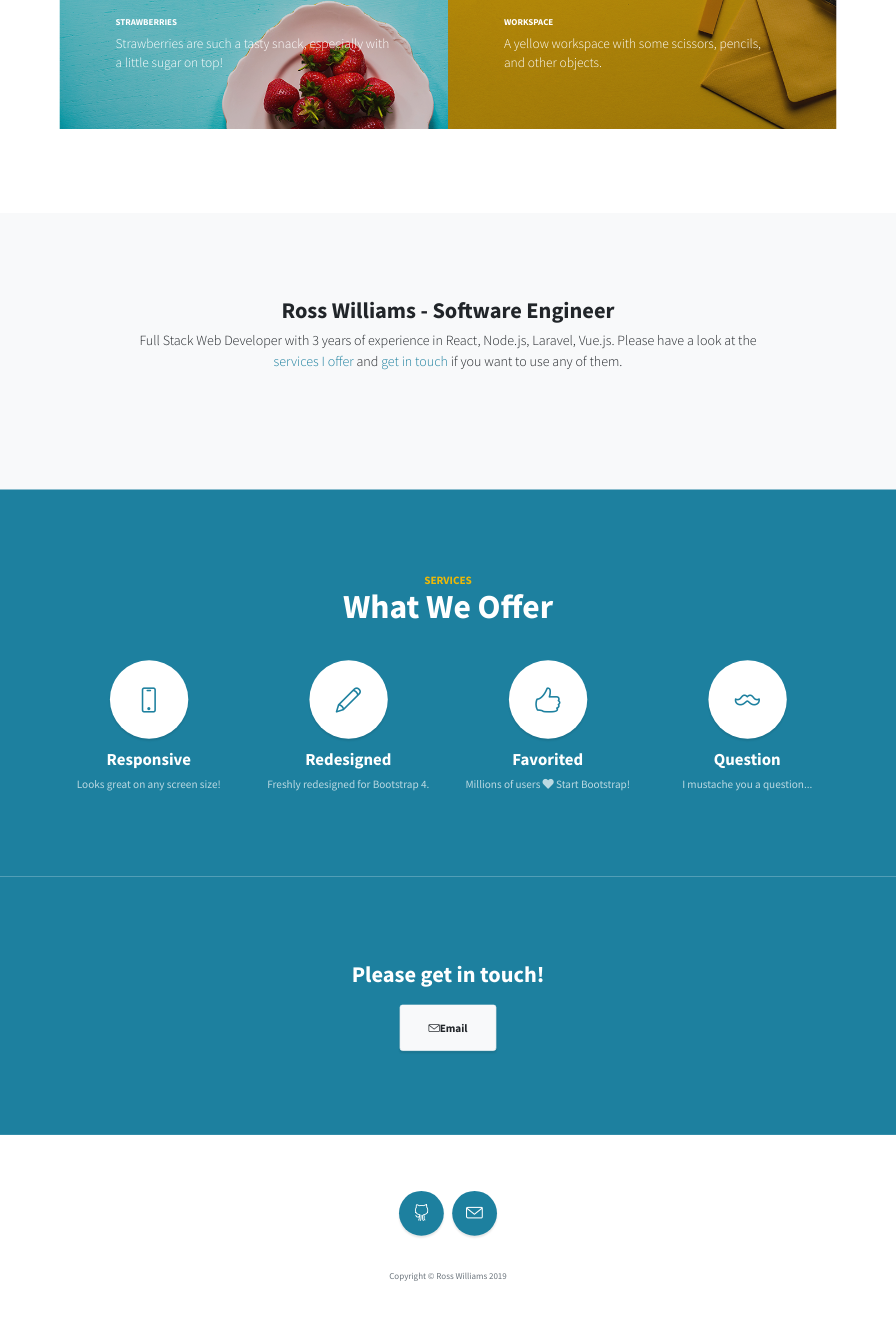
Repository: Williams94/Williams94.github.io
Page: index.html
An editor plug-in stored every save of this project. The page is shown before and after the next save, followed by the edit.
The browser window is 1280 px wide. The pictures show the part of the page from y = 1576 to 3496 px (the page is 3488 px tall before and 3496 px after), at 70% of full size.
A picture or video elsewhere on the page could not be fetched, so the positions and the page height are approximate.

Above is the page before, as saved 2019-07-06 13:57:42.

### index.html
<!DOCTYPE html>
<html lang="en">

<head>

  <meta charset="utf-8">
  <meta name="viewport" content="width=device-width, initial-scale=1, shrink-to-fit=no">
  <meta name="description" content="">
  <meta name="author" content="">

  <title>Stylish Portfolio - Start Bootstrap Template</title>

  <!-- Bootstrap Core CSS -->
  <link href="vendor/bootstrap/css/bootstrap.min.css" rel="stylesheet">

  <!-- Custom Fonts -->
  <link href="vendor/fontawesome-free/css/all.min.css" rel="stylesheet" type="text/css">
  <link href="https://fonts.googleapis.com/css?family=Source+Sans+Pro:300,400,700,300italic,400italic,700italic"
    rel="stylesheet" type="text/css">
  <link href="vendor/simple-line-icons/css/simple-line-icons.css" rel="stylesheet">

  <!-- Custom CSS -->
  <link href="css/stylish-portfolio.css" rel="stylesheet">
  <link href="css/custom.css" rel="stylesheet">
  <!-- <link href="css/new-age.min.css" rel="stylesheet"> -->

</head>

<body id="page-top">

  <!-- Navigation -->
  <nav class="navbar navbar-expand-lg navbar-light fixed-top" id="mainNav">
    <div class="container">
      <a class="navbar-brand js-scroll-trigger" href="#page-top">Ross Williams</a>
      <button class="navbar-toggler navbar-toggler-right" type="button" data-toggle="collapse"
        data-target="#navbarResponsive" aria-controls="navbarResponsive" aria-expanded="false"
        aria-label="Toggle navigation">
        Menu
        <i class="fas fa-bars"></i>
      </button>
      <div class="collapse navbar-collapse" id="navbarResponsive">
        <ul class="navbar-nav ml-auto">
          <li class="nav-item">
            <a class="nav-link js-scroll-trigger" href="#about">About</a>
          </li>
          <li class="nav-item">
            <a class="nav-link js-scroll-trigger" href="#portfolio">Portfolio</a>
          </li>
          <li class="nav-item">
            <a class="nav-link js-scroll-trigger" href="#services">Services</a>
          </li>
          <li class="nav-item">
            <a class="nav-link js-scroll-trigger" href="#contact">Contact</a>
          </li>
        </ul>
      </div>
    </div>
  </nav>

  <!-- Header -->
  <header class="masthead">
    <div class="container h-100">
      <div class="row h-100">
        <div class="col-lg-7 my-auto">
          <div class="header-content mx-auto">
            <h1 class="mb-5">Welcome, please take a look at my previous projects and the services I offer.</h1>
          </div>
        </div>
        <div class="col-lg-5 my-auto">
          <div class="device-container">
            <div class="device-mockup iphone6_plus portrait white">
              <div class="device">
                <div class="screen">
                  <!-- Demo image for screen mockup, you can put an image here, some HTML, an animation, video, or anything else! -->
                  <img src="img/demo-screen-1.jpg" class="img-fluid" alt="">
                </div>
                <div class="button">
                  <!-- You can hook the "home button" to some JavaScript events or just remove it -->
                </div>
              </div>
            </div>
          </div>
        </div>
      </div>
    </div>
  </header>

  <!-- Portfolio -->
  <section class="content-section" id="portfolio">
    <div class="container">
      <div class="content-section-heading text-center">
        <h3 class="text-secondary mb-0">Portfolio</h3>
        <h2 class="mb-5">Recent Projects</h2>
      </div>
      <div class="row no-gutters">
        <div class="col-lg-6">
          <a class="portfolio-item" href="#">
            <span class="caption">
              <span class="caption-content">
                <h2>Stationary</h2>
                <p class="mb-0">A yellow pencil with envelopes on a clean, blue backdrop!</p>
              </span>
            </span>
            <img class="img-fluid" src="img/portfolio-1.jpg" alt="">
          </a>
        </div>
        <div class="col-lg-6">
          <a class="portfolio-item" href="#">
            <span class="caption">
              <span class="caption-content">
                <h2>Ice Cream</h2>
                <p class="mb-0">A dark blue background with a colored pencil, a clip, and a tiny ice cream cone!</p>
              </span>
            </span>
            <img class="img-fluid" src="img/portfolio-2.jpg" alt="">
          </a>
        </div>
        <div class="col-lg-6">
          <a class="portfolio-item" href="#">
            <span class="caption">
              <span class="caption-content">
                <h2>Strawberries</h2>
                <p class="mb-0">Strawberries are such a tasty snack, especially with a little sugar on top!</p>
              </span>
            </span>
            <img class="img-fluid" src="img/portfolio-3.jpg" alt="">
          </a>
        </div>
        <div class="col-lg-6">
          <a class="portfolio-item" href="#">
            <span class="caption">
              <span class="caption-content">
                <h2>Workspace</h2>
                <p class="mb-0">A yellow workspace with some scissors, pencils, and other objects.</p>
              </span>
            </span>
            <img class="img-fluid" src="img/portfolio-4.jpg" alt="">
          </a>
        </div>
      </div>
    </div>
  </section>

  <!-- About -->
  <section class="content-section bg-light" id="about">
    <div class="container text-center">
      <div class="row">
        <div class="col-lg-10 mx-auto">
          <h2>Ross Williams - Software Engineer</h2>
          <p class="lead mb-5">Full Stack Web Developer with 3 years of experience in React, Node.js, Laravel, Vue.js.
            Please have a look at the <a href="#services">services I offer</a> and <a href="#contact">get in touch</a>
            if you want to use any of them.
          </p>
        </div>
      </div>
    </div>
  </section>

  <!-- Services -->
  <section class="content-section bg-primary text-white text-center" id="services">
    <div class="container">
      <div class="content-section-heading">
        <h3 class="text-secondary mb-0">Services</h3>
        <h2 class="mb-5">What We Offer</h2>
      </div>
      <div class="row">
        <div class="col-lg-3 col-md-6 mb-5 mb-lg-0">
          <span class="service-icon rounded-circle mx-auto mb-3">
            <i class="icon-screen-smartphone"></i>
          </span>
          <h4>
            <strong>Responsive</strong>
          </h4>
          <p class="text-faded mb-0">Looks great on any screen size!</p>
        </div>
        <div class="col-lg-3 col-md-6 mb-5 mb-lg-0">
          <span class="service-icon rounded-circle mx-auto mb-3">
            <i class="icon-pencil"></i>
          </span>
          <h4>
            <strong>Redesigned</strong>
          </h4>
          <p class="text-faded mb-0">Freshly redesigned for Bootstrap 4.</p>
        </div>
        <div class="col-lg-3 col-md-6 mb-5 mb-md-0">
          <span class="service-icon rounded-circle mx-auto mb-3">
            <i class="icon-like"></i>
          </span>
          <h4>
            <strong>Favorited</strong>
          </h4>
          <p class="text-faded mb-0">Millions of users
            <i class="fas fa-heart"></i>
            Start Bootstrap!</p>
        </div>
        <div class="col-lg-3 col-md-6">
          <span class="service-icon rounded-circle mx-auto mb-3">
            <i class="icon-mustache"></i>
          </span>
          <h4>
            <strong>Question</strong>
          </h4>
          <p class="text-faded mb-0">I mustache you a question...</p>
        </div>
      </div>
    </div>
  </section>

  <!-- Call to Action -->
  <section class="content-section bg-primary text-white">
    <div class="container text-center">
      <h2 class="mb-4">Please get in touch!</h2>
      <a href="mailto:r.b.williams94@gmail.com" class="btn btn-xl btn-light">
        <div class="email-me-button-container">
          <i class="icon-envelope"></i>Email
        </div>
      </a>
    </div>
  </section>

  <!-- Map -->
  <!-- <section id="contact" class="map">
    <iframe width="100%" height="100%" frameborder="0" scrolling="no" marginheight="0" marginwidth="0"
      src="https://maps.google.com/maps?f=q&amp;source=s_q&amp;hl=en&amp;geocode=&amp;q=Twitter,+Inc.,+Market+Street,+San+Francisco,+CA&amp;aq=0&amp;oq=twitter&amp;sll=28.659344,-81.187888&amp;sspn=0.128789,0.264187&amp;ie=UTF8&amp;hq=Twitter,+Inc.,+Market+Street,+San+Francisco,+CA&amp;t=m&amp;z=15&amp;iwloc=A&amp;output=embed"></iframe>
    <br />
    <small>
      <a
        href="https://maps.google.com/maps?f=q&amp;source=embed&amp;hl=en&amp;geocode=&amp;q=Twitter,+Inc.,+Market+Street,+San+Francisco,+CA&amp;aq=0&amp;oq=twitter&amp;sll=28.659344,-81.187888&amp;sspn=0.128789,0.264187&amp;ie=UTF8&amp;hq=Twitter,+Inc.,+Market+Street,+San+Francisco,+CA&amp;t=m&amp;z=15&amp;iwloc=A"></a>
    </small>
  </section> -->

  <!-- Footer -->
  <footer class="footer text-center">
    <div class="container">
      <ul class="list-inline mb-5">
        <li class="list-inline-item">
          <a class="social-link rounded-circle text-white" href="https://github.com/Williams94">
            <i class="icon-social-github"></i>
          </a>
        </li>
        <li class="list-inline-item">
            <a class="social-link rounded-circle text-white" href="mailto:r.b.williams94@gmail.com">
              <i class="icon-envelope"></i>
            </a>
          </li>
      </ul>
      <p class="text-muted small mb-0">Copyright &copy; Ross Williams 2019</p>
    </div>
  </footer>

  <!-- Scroll to Top Button-->
  <a class="scroll-to-top rounded js-scroll-trigger" href="#page-top">
    <i class="fas fa-angle-up"></i>
  </a>

  <!-- Bootstrap core JavaScript -->
  <script src="vendor/jquery/jquery.min.js"></script>
  <script src="vendor/bootstrap/js/bootstrap.bundle.min.js"></script>

  <!-- Plugin JavaScript -->
  <script src="vendor/jquery-easing/jquery.easing.min.js"></script>

  <!-- Custom scripts for this template -->
  <script src="js/stylish-portfolio.min.js"></script>

</body>

</html>

### css/stylish-portfolio.css
/*!
 * Start Bootstrap - Stylish Portfolio v5.0.6 (https://startbootstrap.com/template-overviews/stylish-portfolio)
 * Copyright 2013-2019 Start Bootstrap
 * Licensed under MIT (https://github.com/BlackrockDigital/startbootstrap-stylish-portfolio/blob/master/LICENSE)
 */

body,
html {
  width: 100%;
  height: 100%;
}

body {
  font-family: "Source Sans Pro";
}

.btn-xl {
  padding: 1.25rem 2.5rem;
}

.content-section {
  padding-top: 7.5rem;
  padding-bottom: 7.5rem;
}

.content-section-heading h2 {
  font-size: 3rem;
}

.content-section-heading h3 {
  font-size: 1rem;
  text-transform: uppercase;
}

h1,
h2,
h3,
h4,
h5,
h6 {
  font-weight: 700;
}

.text-faded {
  color: rgba(255, 255, 255, 0.7);
}

/* Map */
.map {
  height: 30rem;
}

@media (max-width: 992px) {
  .map {
    height: 75%;
  }
}

.map iframe {
  pointer-events: none;
}

.scroll-to-top {
  position: fixed;
  right: 15px;
  bottom: 15px;
  display: none;
  width: 50px;
  height: 50px;
  text-align: center;
  color: white;
  background: rgba(52, 58, 64, 0.5);
  line-height: 45px;
}

.scroll-to-top:focus,
.scroll-to-top:hover {
  color: white;
}

.scroll-to-top:hover {
  background: #343a40;
}

.scroll-to-top i {
  font-weight: 800;
}

.masthead {
  min-height: 30rem;
  position: relative;
  display: table;
  width: 100%;
  height: auto;
  padding-top: 8rem;
  padding-bottom: 8rem;
  background: -webkit-gradient(
      linear,
      left top,
      right top,
      from(rgba(255, 255, 255, 0.1)),
      to(rgba(255, 255, 255, 0.1))
    ),
    url("../img/bg-masthead.jpg");
  background: linear-gradient(
      90deg,
      rgba(255, 255, 255, 0.1) 0%,
      rgba(255, 255, 255, 0.1) 100%
    ),
    url("../img/bg-masthead.jpg");
  background-position: center center;
  background-repeat: no-repeat;
  background-size: cover;
}

.masthead h1 {
  font-size: 4rem;
  margin: 0;
  padding: 0;
}

@media (min-width: 992px) {
  .masthead {
    height: 100vh;
  }
  .masthead h1 {
    font-size: 5.5rem;
  }
}

/* Side Menu */
#sidebar-wrapper {
  position: fixed;
  z-index: 2;
  right: 0;
  width: 250px;
  height: 100%;
  -webkit-transition: all 0.4s ease 0s;
  transition: all 0.4s ease 0s;
  -webkit-transform: translateX(250px);
  transform: translateX(250px);
  background: #1d809f;
  border-left: 1px solid rgba(255, 255, 255, 0.1);
}

.sidebar-nav {
  position: absolute;
  top: 0;
  width: 250px;
  margin: 0;
  padding: 0;
  list-style: none;
}

.sidebar-nav li.sidebar-nav-item a {
  display: block;
  text-decoration: none;
  color: #fff;
  padding: 15px;
}

.sidebar-nav li a:hover {
  text-decoration: none;
  color: #fff;
  background: rgba(255, 255, 255, 0.2);
}

.sidebar-nav li a:active,
.sidebar-nav li a:focus {
  text-decoration: none;
}

.sidebar-nav > .sidebar-brand {
  font-size: 1.2rem;
  background: rgba(52, 58, 64, 0.1);
  height: 80px;
  line-height: 50px;
  padding-top: 15px;
  padding-bottom: 15px;
  padding-left: 15px;
}

.sidebar-nav > .sidebar-brand a {
  color: #fff;
}

.sidebar-nav > .sidebar-brand a:hover {
  color: #fff;
  background: none;
}

#sidebar-wrapper.active {
  right: 250px;
  width: 250px;
  -webkit-transition: all 0.4s ease 0s;
  transition: all 0.4s ease 0s;
}

.menu-toggle {
  position: fixed;
  right: 15px;
  top: 15px;
  width: 50px;
  height: 50px;
  text-align: center;
  color: #fff;
  background: rgba(52, 58, 64, 0.5);
  line-height: 50px;
  z-index: 999;
}

.menu-toggle:focus,
.menu-toggle:hover {
  color: #fff;
}

.menu-toggle:hover {
  background: #343a40;
}

.service-icon {
  background-color: #fff;
  color: #1d809f;
  height: 7rem;
  width: 7rem;
  display: block;
  line-height: 7.5rem;
  font-size: 2.25rem;
  -webkit-box-shadow: 0 3px 3px 0 rgba(0, 0, 0, 0.1);
  box-shadow: 0 3px 3px 0 rgba(0, 0, 0, 0.1);
}

.callout {
  padding: 15rem 0;
  background: -webkit-gradient(
      linear,
      left top,
      right top,
      from(rgba(255, 255, 255, 0.1)),
      to(rgba(255, 255, 255, 0.1))
    ),
    url("../img/bg-callout.jpg");
  background: linear-gradient(
      90deg,
      rgba(255, 255, 255, 0.1) 0%,
      rgba(255, 255, 255, 0.1) 100%
    ),
    url("../img/bg-callout.jpg");
  background-position: center center;
  background-repeat: no-repeat;
  background-size: cover;
}

.callout h2 {
  font-size: 3.5rem;
  font-weight: 700;
  display: block;
  max-width: 30rem;
}

.portfolio-item {
  display: block;
  position: relative;
  overflow: hidden;
  max-width: 530px;
  margin: auto auto 1rem;
}

.portfolio-item .caption {
  display: -webkit-box;
  display: -ms-flexbox;
  display: flex;
  height: 100%;
  width: 100%;
  background-color: rgba(33, 37, 41, 0.2);
  position: absolute;
  top: 0;
  bottom: 0;
  z-index: 1;
}

.portfolio-item .caption .caption-content {
  color: #fff;
  margin: auto 2rem 2rem;
}

.portfolio-item .caption .caption-content h2 {
  font-size: 0.8rem;
  text-transform: uppercase;
}

.portfolio-item .caption .caption-content p {
  font-weight: 300;
  font-size: 1.2rem;
}

@media (min-width: 992px) {
  .portfolio-item {
    max-width: none;
    margin: 0;
  }
  .portfolio-item .caption {
    -webkit-transition: -webkit-clip-path 0.25s ease-out, background-color 0.7s;
    -webkit-clip-path: inset(0px);
    clip-path: inset(0px);
  }
  .portfolio-item .caption .caption-content {
    -webkit-transition: opacity 0.25s;
    transition: opacity 0.25s;
    margin-left: 5rem;
    margin-right: 5rem;
    margin-bottom: 5rem;
  }
  .portfolio-item img {
    -webkit-transition: -webkit-clip-path 0.25s ease-out;
    -webkit-clip-path: inset(-1px);
    clip-path: inset(-1px);
  }
  .portfolio-item:hover img {
    -webkit-clip-path: inset(2rem);
    clip-path: inset(2rem);
  }
  .portfolio-item:hover .caption {
    background-color: rgba(29, 128, 159, 0.9);
    -webkit-clip-path: inset(2rem);
    clip-path: inset(2rem);
  }
}

footer.footer {
  padding-top: 5rem;
  padding-bottom: 5rem;
}

footer.footer .social-link {
  display: block;
  height: 4rem;
  width: 4rem;
  line-height: 4.3rem;
  font-size: 1.5rem;
  background-color: #1d809f;
  -webkit-transition: background-color 0.15s ease-in-out;
  transition: background-color 0.15s ease-in-out;
  -webkit-box-shadow: 0 3px 3px 0 rgba(0, 0, 0, 0.1);
  box-shadow: 0 3px 3px 0 rgba(0, 0, 0, 0.1);
}

footer.footer .social-link:hover {
  background-color: #155d74;
  text-decoration: none;
}

a {
  color: #1d809f;
}

a:hover,
a:focus,
a:active {
  color: #155d74;
}

.btn-primary {
  background-color: #1d809f !important;
  border-color: #1d809f !important;
  color: #fff !important;
}

.btn-primary:hover,
.btn-primary:focus,
.btn-primary:active {
  background-color: #155d74 !important;
  border-color: #155d74 !important;
}

.btn-secondary {
  background-color: #ecb807 !important;
  border-color: #ecb807 !important;
  color: #fff !important;
}

.btn-secondary:hover,
.btn-secondary:focus,
.btn-secondary:active {
  background-color: #ba9106 !important;
  border-color: #ba9106 !important;
}

.btn-dark {
  color: #fff !important;
}

.btn {
  -webkit-box-shadow: 0px 3px 3px 0px rgba(0, 0, 0, 0.1);
  box-shadow: 0px 3px 3px 0px rgba(0, 0, 0, 0.1);
  font-weight: 700;
}

.bg-primary {
  background-color: #1d809f !important;
}

.text-primary {
  color: #1d809f !important;
}

.text-secondary {
  color: #ecb807 !important;
}

#mainNav {
  border-color: rgba(34, 34, 34, 0.05);
  background-color: white;
  -webkit-transition: all 0.35s;
  transition: all 0.35s;
  font-family: "Catamaran", "Helvetica", "Arial", "sans-serif";
  font-weight: 200;
  letter-spacing: 1px;
}

#mainNav .navbar-brand {
  color: #fdcc52;
  font-family: "Catamaran", "Helvetica", "Arial", "sans-serif";
  font-weight: 200;
  letter-spacing: 1px;
}

#mainNav .navbar-brand:hover,
#mainNav .navbar-brand:focus {
  color: #fcbd20;
}

#mainNav .navbar-toggler {
  font-size: 12px;
  padding: 8px 10px;
  color: #222222;
}

#mainNav .navbar-nav > li > a {
  font-size: 11px;
  font-family: "Lato", "Helvetica", "Arial", "sans-serif";
  letter-spacing: 2px;
  text-transform: uppercase;
}

#mainNav .navbar-nav > li > a.active {
  color: #fdcc52 !important;
  background-color: transparent;
}

#mainNav .navbar-nav > li > a.active:hover {
  background-color: transparent;
}

#mainNav .navbar-nav > li > a,
#mainNav .navbar-nav > li > a:focus {
  color: #222222;
}

#mainNav .navbar-nav > li > a:hover,
#mainNav .navbar-nav > li > a:focus:hover {
  color: #fdcc52;
}

@media (min-width: 992px) {
  #mainNav {
    border-color: transparent;
    background-color: transparent;
  }
  #mainNav .navbar-brand {
    color: fade(white, 70%);
  }
  #mainNav .navbar-brand:hover,
  #mainNav .navbar-brand:focus {
    color: white;
  }
  #mainNav .navbar-nav > li > a,
  #mainNav .navbar-nav > li > a:focus {
    color: rgba(255, 255, 255, 0.7);
  }
  #mainNav .navbar-nav > li > a:hover,
  #mainNav .navbar-nav > li > a:focus:hover {
    color: white;
  }
  #mainNav.navbar-shrink {
    border-color: rgba(34, 34, 34, 0.1);
    background-color: white;
  }
  #mainNav.navbar-shrink .navbar-brand {
    color: #222222;
  }
  #mainNav.navbar-shrink .navbar-brand:hover,
  #mainNav.navbar-shrink .navbar-brand:focus {
    color: #fdcc52;
  }
  #mainNav.navbar-shrink .navbar-nav > li > a,
  #mainNav.navbar-shrink .navbar-nav > li > a:focus {
    color: #222222;
  }
  #mainNav.navbar-shrink .navbar-nav > li > a:hover,
  #mainNav.navbar-shrink .navbar-nav > li > a:focus:hover {
    color: #fdcc52;
  }
}


header.masthead {
  position: relative;
  width: 100%;
  padding-top: 150px;
  padding-bottom: 100px;
  color: white;
  background: url("../img/bg-pattern.png"), #7b4397;
  background: url("../img/bg-pattern.png"), -webkit-gradient(linear, right top, left top, from(#7b4397), to(#dc2430));
  background: url("../img/bg-pattern.png"), linear-gradient(to left, #7b4397, #dc2430);
}

header.masthead .header-content {
  max-width: 500px;
  margin-bottom: 100px;
  text-align: center;
}

header.masthead .header-content h1 {
  font-size: 30px;
}

header.masthead .device-container {
  max-width: 325px;
  margin-right: auto;
  margin-left: auto;
}

header.masthead .device-container .screen img {
  border-radius: 3px;
}

@media (min-width: 992px) {
  header.masthead {
    height: 100vh;
    min-height: 775px;
    padding-top: 0;
    padding-bottom: 0;
  }
  header.masthead .header-content {
    margin-bottom: 0;
    text-align: left;
  }
  header.masthead .header-content h1 {
    font-size: 50px;
  }
  header.masthead .device-container {
    max-width: 325px;
  }
}

### css/custom.css
.icon-envelope:nth-child(0) {
  font-size: 2rem;
  margin-right: 10px;
}

.email-me-button-container {
  display: flex;
  align-items: center;
}

Loaded but not shown: vendor/bootstrap/css/bootstrap.min.css (library); vendor/fontawesome-free/css/all.min.css (library); vendor/simple-line-icons/css/simple-line-icons.css (library); vendor/jquery/jquery.min.js (library); vendor/bootstrap/js/bootstrap.bundle.min.js (library); vendor/jquery-easing/jquery.easing.min.js (common file); js/stylish-portfolio.min.js (common file)

After the next save:
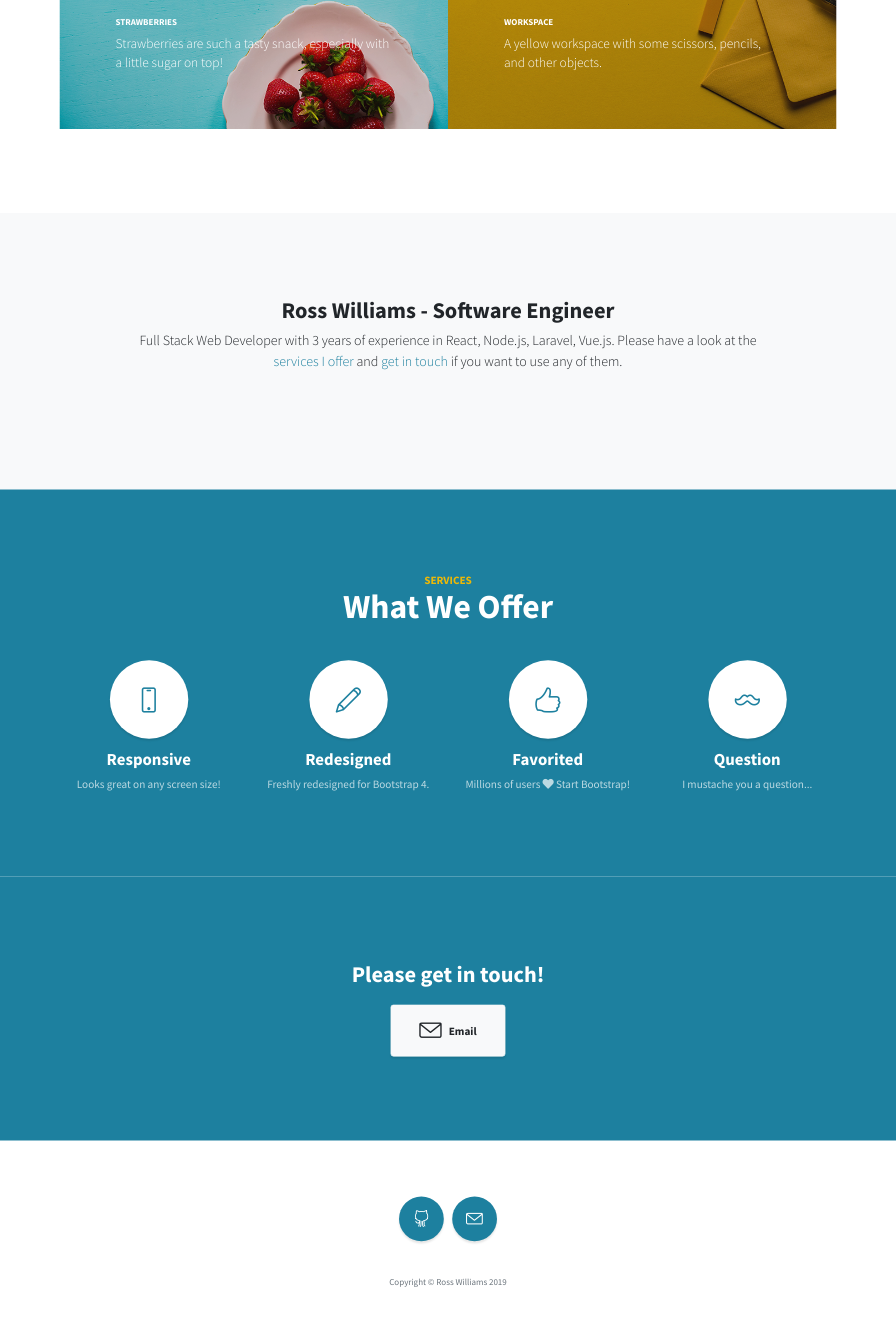
Saved 18 s later.
--- a/index.html
+++ b/index.html
@@ -212,7 +212,7 @@
       <h2 class="mb-4">Please get in touch!</h2>
       <a href="mailto:r.b.williams94@gmail.com" class="btn btn-xl btn-light">
         <div class="email-me-button-container">
-          <i class="icon-envelope"></i>Email
+          <i class="icon-envelope icon-envelope-button"></i>Email
         </div>
       </a>
     </div>
--- a/css/custom.css
+++ b/css/custom.css
@@ -1,4 +1,4 @@
-.icon-envelope:nth-child(0) {
+.icon-envelope-button {
   font-size: 2rem;
   margin-right: 10px;
 }
